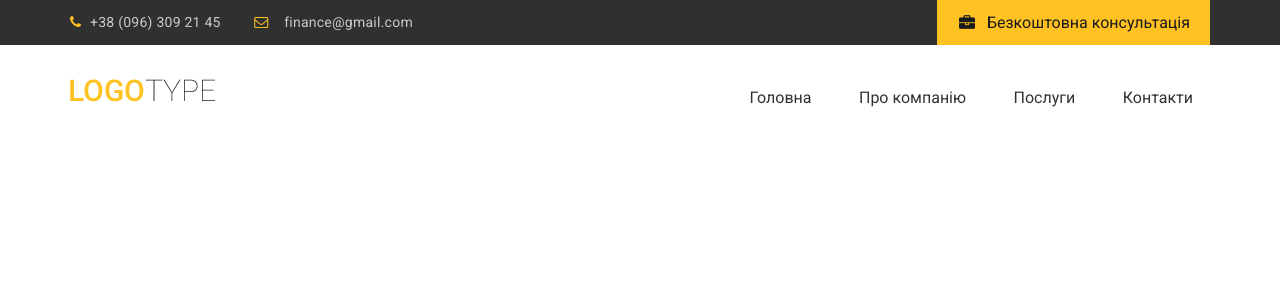
Repository: oliachipko/companysait
Page: index.html
The author's editor kept a copy of each file at every save. The page is drawn from the files as they stood at one save, then again after the next save.
The browser window is 1280 px wide. The pictures show the whole page.

Above is the page before, as saved 2020-11-17 00:58:06.

### index.html
<!DOCTYPE html>
<html lang="en">
  <head>
    <meta charset="UTF-8" />
    <meta name="viewport" content="width=device-width, initial-scale=1.0" />
    <title>Document</title>
    <link rel="preconnect" href="https://fonts.gstatic.com" />
    <link
      href="https://fonts.googleapis.com/css2?family=PT+Serif:wght@400;700&family=Roboto:wght@400;500;700&display=swap"
      rel="stylesheet"/>
    <link rel="stylesheet" href="css/normalize.css" />
    <link rel="stylesheet" href="css/fonts.css">
    <link rel="stylesheet" href="css/jquery.fancybox.min.css">
    <link rel="stylesheet" href="css/style.css" />
  </head>
  <body>
    <header class="header">
      <div class="header__top">
        <div class="container">
          <div class="header__contacts">
            <a class="header__phone" href="tel:380963092145">+38 (096) 309 21 45</a>
            <a class="header__email" href="#">finance@gmail.com</a>
            <a data-fancybox data-src="#modal" href="javascript:;" href="#" class="header__btn">Безкоштовна консультація</a>
          </div>
        </div>
      </div>
      <div class="header__content">
        <div class="container">
          <div class="header__content-inner">
            <div class="header__logo">
              <a href="#">
                <img src="img/logo.png" alt="" />
              </a>
            </div>
            <nav class="menu">
              <ul>
                <li><a href="#">Головна</a></li>
                <li><a href="#">Про компанію</a></li>
                <li><a href="#">Послуги</a></li>
                <li><a href="#">Контакти</a></li>
              </ul>
            </nav>
          </div>
        </div>
      </div>
    </header>

    <div style="display: none;" id="modal">
      <h2>Hello!</h2>
      <p>You are awesome!</p>
    </div>


    <script src="https://ajax.googleapis.com/ajax/libs/jquery/3.5.1/jquery.min.js"></script>
    <script src="js/jquery.fancybox.min.js"></script>
    <script src="js/main.js"></script>
  </body>
</html>

### css/fonts.css
@font-face {
  font-family: 'icomoon';
  src:  url('../fonts/icomoon.eot?nqt5zc');
  src:  url('../fonts/icomoon.eot?nqt5zc#iefix') format('embedded-opentype'),
    url('../fonts/icomoon.ttf?nqt5zc') format('truetype'),
    url('../fonts/icomoon.woff?nqt5zc') format('woff'),
    url('../fonts/icomoon.svg?nqt5zc#icomoon') format('svg');
  font-weight: normal;
  font-style: normal;
  font-display: block;
}

[class^="icon-"], [class*=" icon-"] {
  /* use !important to prevent issues with browser extensions that change fonts */
  font-family: 'icomoon' !important;
  speak: never;
  font-style: normal;
  font-weight: normal;
  font-variant: normal;
  text-transform: none;
  line-height: 1;

  /* Better Font Rendering =========== */
  -webkit-font-smoothing: antialiased;
  -moz-osx-font-smoothing: grayscale;
}

.icon-envelope-o:before {
  content: "\f003";
}
.icon-check:before {
  content: "\f00c";
}
.icon-map-marker:before {
  content: "\f041";
}
.icon-phone:before {
  content: "\f095";
}
.icon-briefcase:before {
  content: "\f0b1";
}
.icon-bars:before {
  content: "\f0c9";
}
.icon-navicon:before {
  content: "\f0c9";
}
.icon-reorder:before {
  content: "\f0c9";
}
.icon-angle-left:before {
  content: "\f104";
}
.icon-angle-right:before {
  content: "\f105";
}
.icon-quote-left:before {
  content: "\f10d";
}
.icon-quote-right:before {
  content: "\f10e";
}
.icon-ellipsis-v:before {
  content: "\f142";
}

### css/style.css
* {
    box-sizing: border-box;
}

a{
    text-decoration: none;
    display: inline-block;
}

ul,
li{
    list-style: none;
    margin: 0;
    padding: 0;
}
.container{
    max-width: 1170px;
    margin: 0 auto;
    padding: 0 15px;
}

body{
    font-family: 'PT Serif', serif;
    /*font-family: 'Roboto', sans-serif;*/
    font-weight: 400px;
    font-size: 14px;
    line-height: 18px;
    color: #5e5e5e;

}
header {
    font-family: 'Roboto', sans-serif;
}
.header__top{
   background-color: #303030;
}
.header__btn {
    float: right;
    line-height: 36px;
    color: #1b1b1b;
    background-color: #ffc222;
    padding: 5px 20px 4px 50px;
    font-size: 16px;
    position: relative;
}
.header__btn:before {
    content: "\f0b1";
    font-family: 'icomoon';
    position: absolute;
    left: 22px;
    color: #1b1b1b;
}
.header__contacts:after {
    content: "";
    clear: both;
    display: block;
}
.header__phone,
.header__email {
    color:#cbcacb;
    letter-spacing: 0.25px;
    line-height: 45px;
    position: relative;
}
.header__phone {
    padding-left: 20px;
    padding-right: 30px;
}
.header__phone:before {
    content: "\f095";
    font-family: 'icomoon';
    position: absolute;
    left: 0;
    color: #ffc222;
}
.header__email{
    padding-left: 30px;
}
.header__email:before {
    content: "\f003";
    font-family: 'icomoon';
    position: absolute;
    left: 0;
    color: #ffc222;
}
.header__content {
    padding: 34px 0px 23px;
}
.header__content-inner{
    display: flex;
    justify-content: space-between;
}
.menu li {
    display: inline-block;
}
.menu a{
    color: #323232;
    font-size: 16px;
    line-height: 36px;
    border: 1px solid transparent;
    padding: 0px 16px;
    transition: all .3s;
}
.menu a:hover {
    border-color: #ffc222;
}
.menu li + li{
    padding-left: 10px;
}

### js/main.js
$(function(){




});

Loaded but not shown: css/normalize.css (library); css/jquery.fancybox.min.css (library); js/jquery.fancybox.min.js (library)

After the next save:
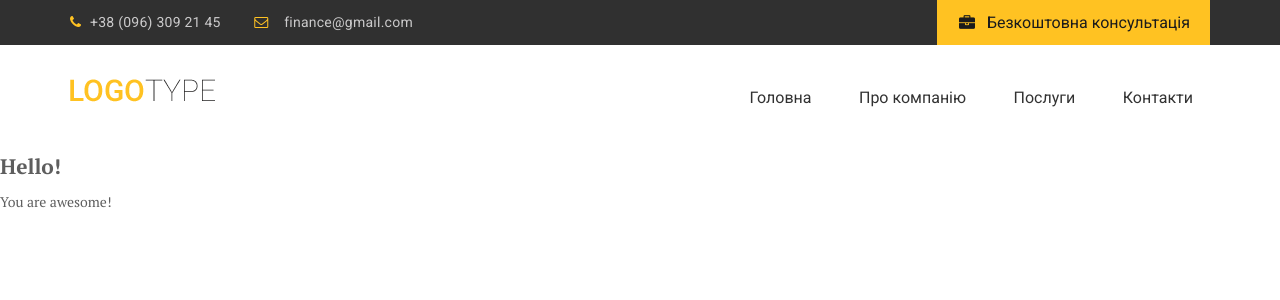
Saved 60 s later.
--- a/index.html
+++ b/index.html
@@ -45,7 +45,7 @@
       </div>
     </header>
 
-    <div style="display: none;" id="modal">
+    <div  id="modal">
       <h2>Hello!</h2>
       <p>You are awesome!</p>
     </div>

After the save that followed:
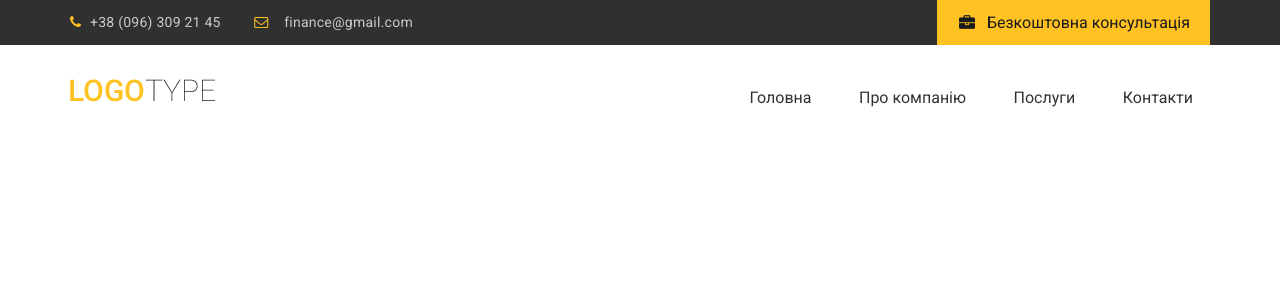
Saved 73 s later.
--- a/css/style.css
+++ b/css/style.css
@@ -107,3 +107,6 @@ header {
 .menu li + li{
     padding-left: 10px;
 }
+#modal {
+    display: none;"
+}
